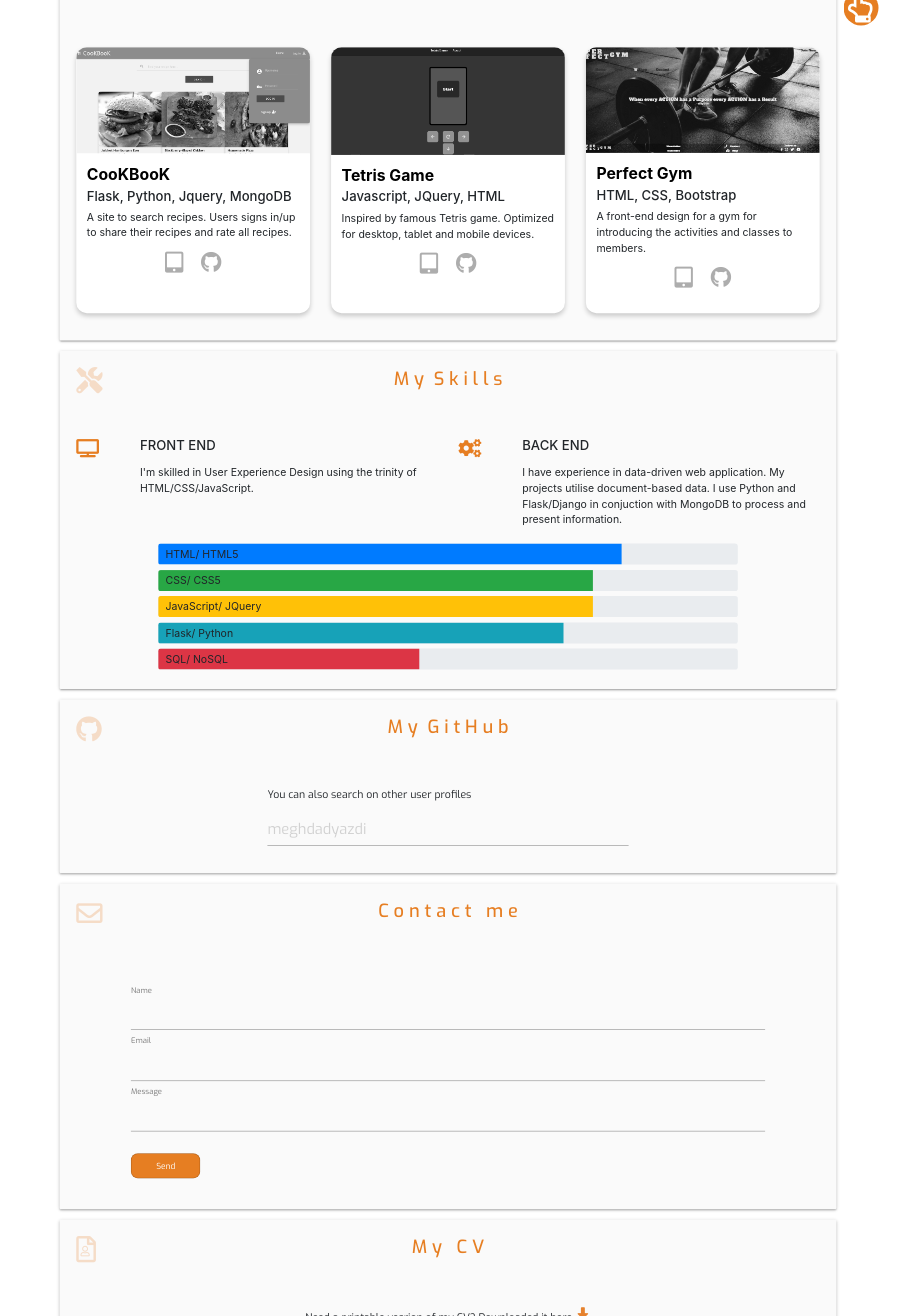
Repository: meghdadyazdi/SD_Res
Page: index.html
The author's editor kept a record of every edit. The page is drawn from the files as they stood at one moment, then again after the next edit.
The browser window is 1280 px wide. The page is 1295 px wide, so the pictures cover 1295 px, including what lies to the right of the window. The pictures show the part of the page from y = 659 to 2539 px (the page is 2607 px tall), at 70% of full size.
Some web libraries are served in a nearby version.

Above is the page before.
Console error: ReferenceError: $ is not defined

After the next edit:
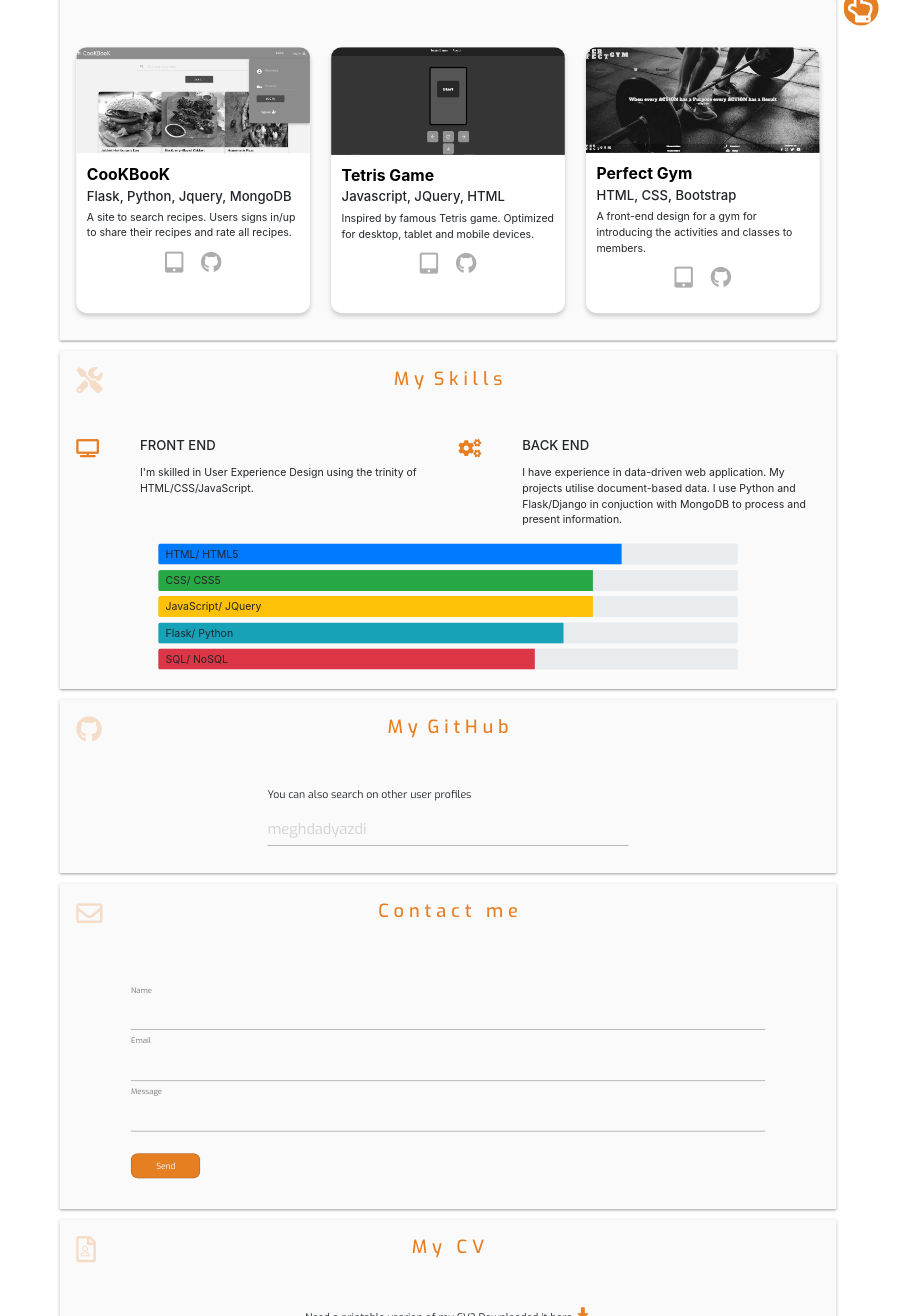
The edit:
--- a/index.html
+++ b/index.html
@@ -226,8 +226,8 @@
             <span class="progress-type progress-font">Flask/ Python</span>
           </div>
           <div class="progress">
-            <div class="progress-bar bg-danger" role="progressbar" aria-valuenow="80" aria-valuemin="0" aria-valuemax="100" style="width:45%;">
-              <span class="sr-only">45% complete</span>
+            <div class="progress-bar bg-danger" role="progressbar" aria-valuenow="65" aria-valuemin="0" aria-valuemax="100" style="width:65%;">
+              <span class="sr-only">65% complete</span>
             </div>
             <span class="progress-type progress-font">SQL/ NoSQL</span>
           </div>
